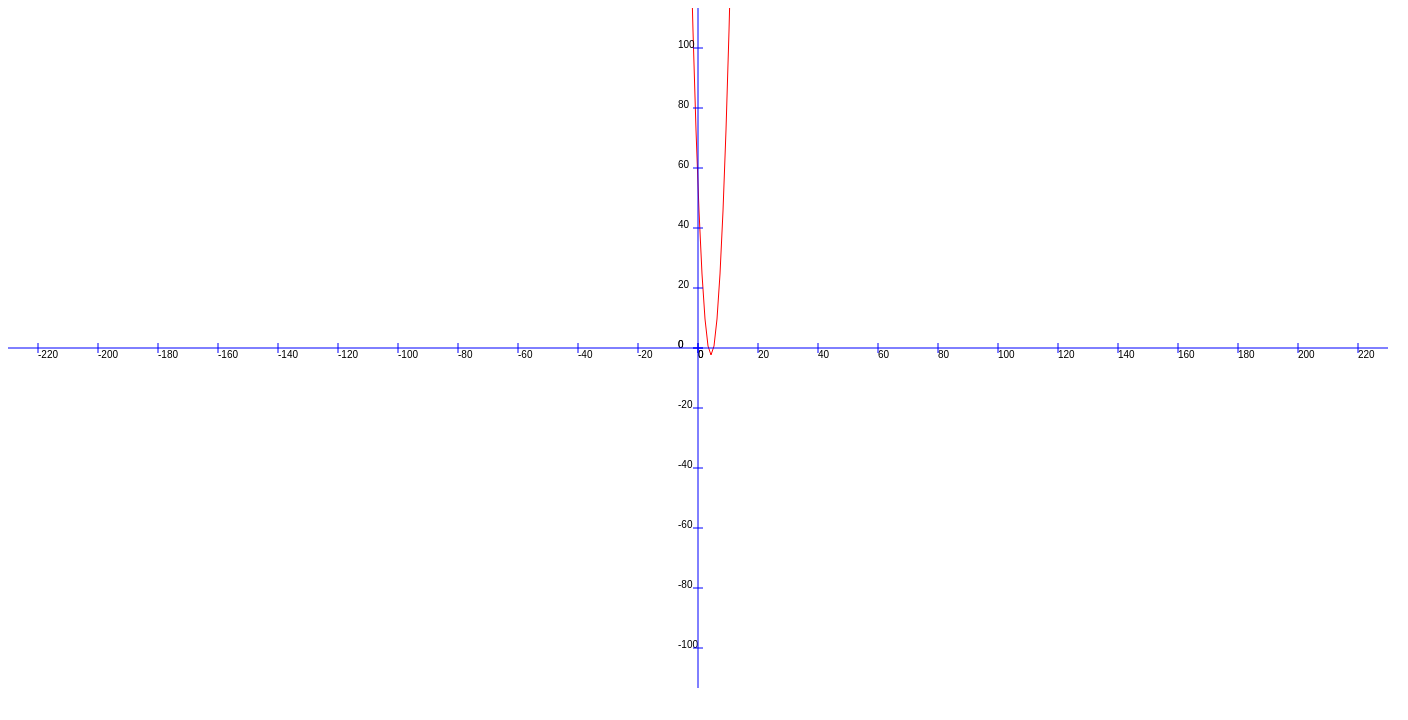
Repository: tclintaichung/book
Page: ex16/ex16_01/frame.html
An editor plug-in stored every save of this project. The page is shown before and after the next save, followed by the edit.
The browser window is 1280 px wide. The page is 1408 px wide, so the pictures cover 1408 px, including what lies to the right of the window. The pictures show the whole page.

Above is the page before, as saved 2025-09-27 16:30:16.

### ex16/ex16_01/frame.html
<!DOCTYPE html>
<html lang="en">
<head>
    <meta charset="UTF-8">
    <meta name="viewport" content="width=device-width, initial-scale=1.0">
    <title>Parabola curves</title>
</head>
<body>
    <canvas id="myCanvas" width="300px" height="300px"></canvas>
    <script>
        const a = 3;
        const b = -6;
        const c = 4;
        const colors = ["#FF0000", "#00FF00", "#0000FF", "#FFFF00", "#FFA500", "#FFFFFF"];
        const myCanvas = document.getElementById("myCanvas");
        const ctx = myCanvas.getContext("2d");
        myCanvas.width = 1400;
        myCanvas.height = 700
        const point_x = [];
        const point_y = [];
        const scale = 3.;

        parabola(point_x, point_y);
        drawCurve(point_x, point_y, scale);
        drawFrame(0, myCanvas.width - 20, 0, myCanvas.height - 20, scale);

        function drawFrame(x_min, x_max, y_min, y_max, scale) {
            const center_x = (x_min + x_max) / 2;
            const center_y = (y_min + y_max) / 2;
            const step = 20 * scale;
            ctx.beginPath();
            ctx.moveTo(x_min, center_y);
            ctx.lineTo(x_max, center_y);
            ctx.moveTo(center_x, y_min);
            ctx.lineTo(center_x, y_max);
            ctx.strokeStyle = colors[2];
            ctx.lineWidth = 1;

            let label_i = 0;
            for (let i = center_x; i <= x_max; i += step) {
                label_i = (i - center_x) / scale;
                ctx.moveTo(i, center_y - 5);
                ctx.lineTo(i, center_y + 5);
                ctx.fillText(String(label_i), i, center_y + 10);
            }
            for (let i = center_x; i >= x_min; i -= step) {
                label_i = (i - center_x) / scale;
                ctx.moveTo(i, center_y - 5);
                ctx.lineTo(i, center_y + 5);
                ctx.fillText(String(label_i), i, center_y + 10);
            }
            for (let i = center_y; i <= y_max; i += step) {
                label_i = (i - center_y) / scale;
                ctx.moveTo(center_x - 5, i);
                ctx.lineTo(center_x + 5, i);
                ctx.fillText(String(label_i), center_x - 20, y_max -i);
            }
            for (let i = center_y; i >= y_min; i -= step) {
                label_i = (i - center_y) / scale;
                ctx.moveTo(center_x - 5, i);
                ctx.lineTo(center_x + 5, i);
                ctx.fillText(String(label_i), center_x - 20, y_max -i);
            }
            ctx.stroke();
        }
        function parabola(point_x, point_y) {
            for (let i = -200; i <= 200; i++) {
                point_x.push(i);
                point_y.push(a * i * i + b * i + c);
            }
        }
        function drawCurve(point_x, point_y, scale) {
            ctx.beginPath();
            ctx.moveTo(point_x[0] * scale + myCanvas.width / 2, myCanvas.height / 2 - point_y[0] * scale);
            for (let i = 1; i < point_x.length; i++) {
                ctx.lineTo(point_x[i] * scale + myCanvas.width / 2, myCanvas.height / 2 - point_y[i] * scale);
            }
            ctx.strokeStyle = colors[0];
            ctx.lineWidth = 1;
            ctx.stroke();
        }
   </script>
</body>
</html>

After the next save:
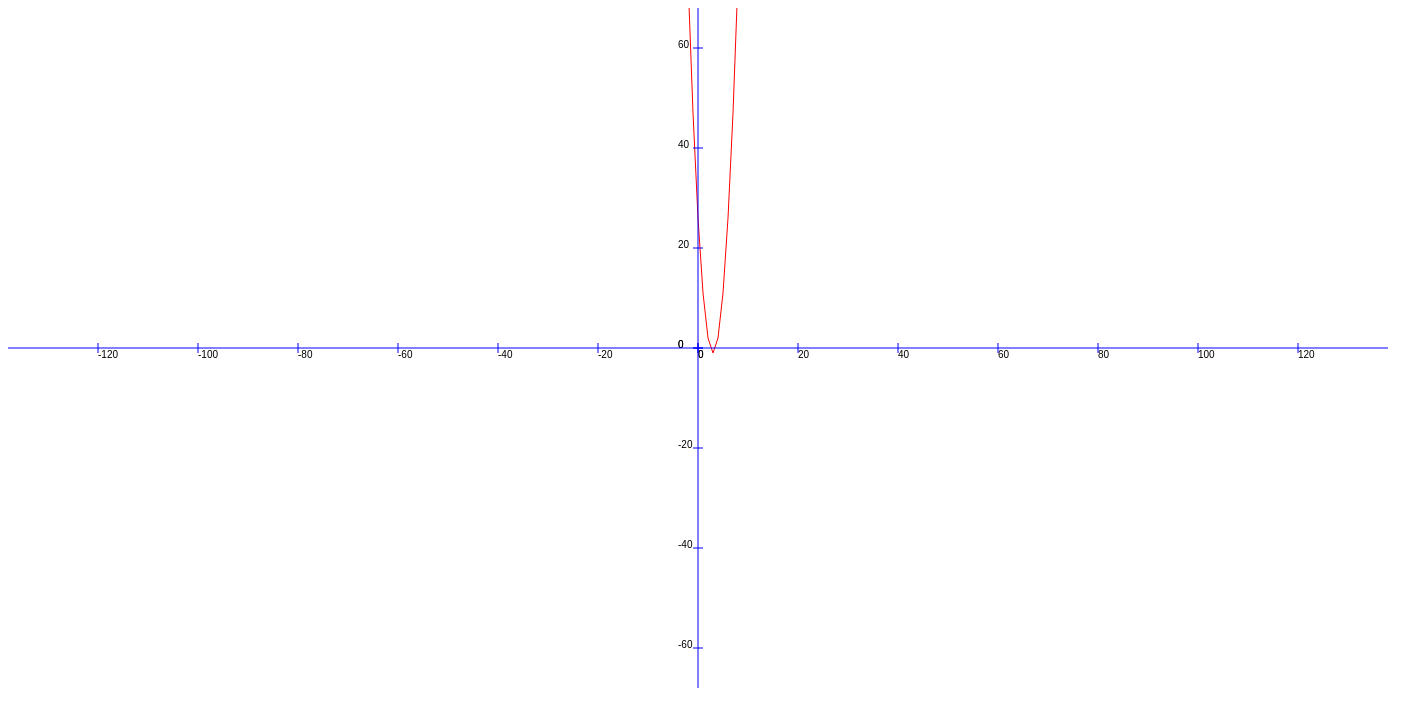
Saved 21 s later.
--- a/ex16/ex16_01/frame.html
+++ b/ex16/ex16_01/frame.html
@@ -18,7 +18,7 @@
         myCanvas.height = 700
         const point_x = [];
         const point_y = [];
-        const scale = 3.;
+        const scale = 5.;
 
         parabola(point_x, point_y);
         drawCurve(point_x, point_y, scale);
